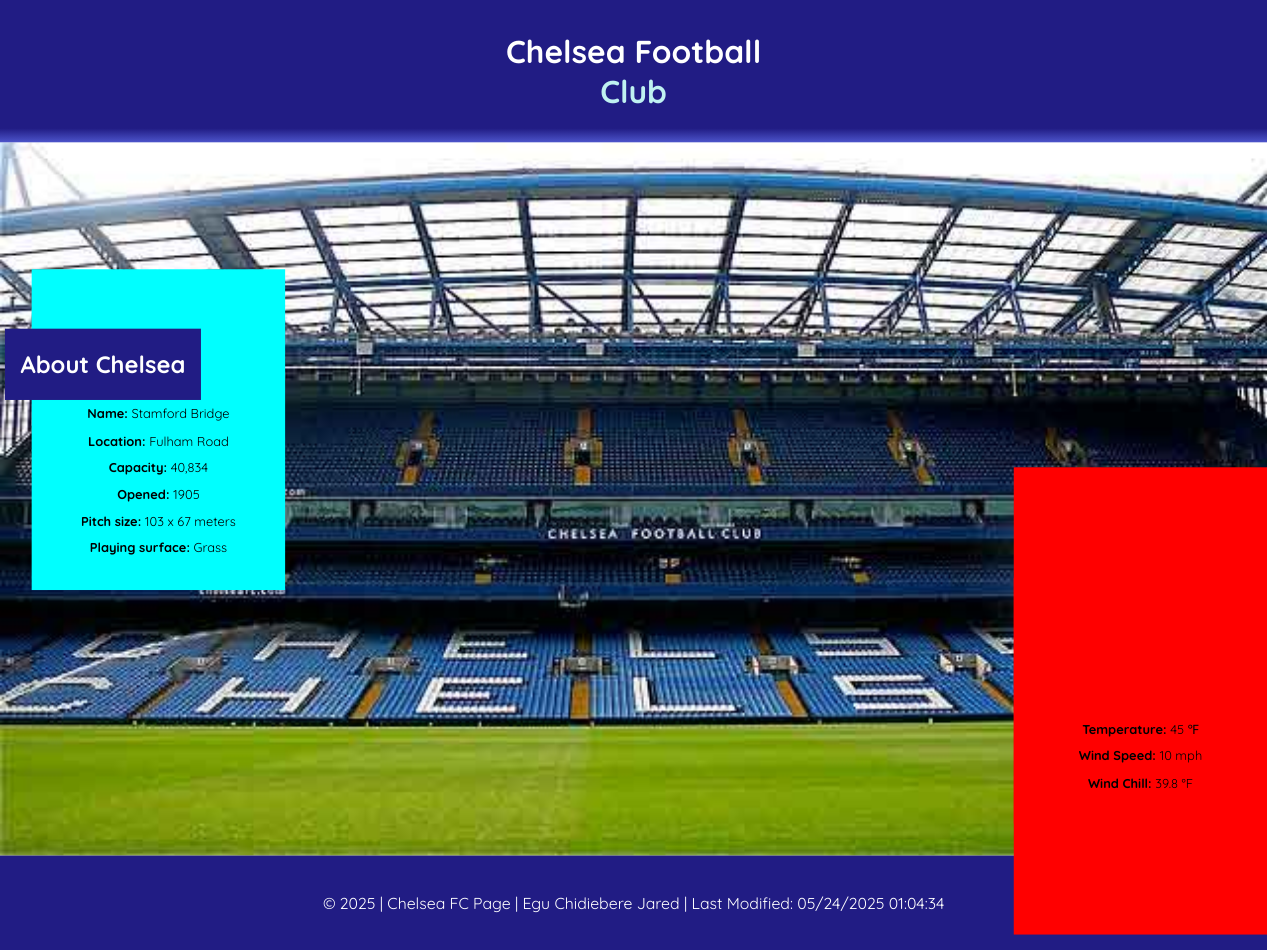
Repository: EguJaredoBoyd/wdd131
Page: place.html
These files come from the project's save history. The page is drawn as it stood at one moment and after the next save; the edit follows.
The browser window is 1280 px wide. The pictures show the whole page, at 99% of full size.
Some web libraries are served in a nearby version.

Above is the page before, as saved 2025-05-26 11:54:40.

After the next save:
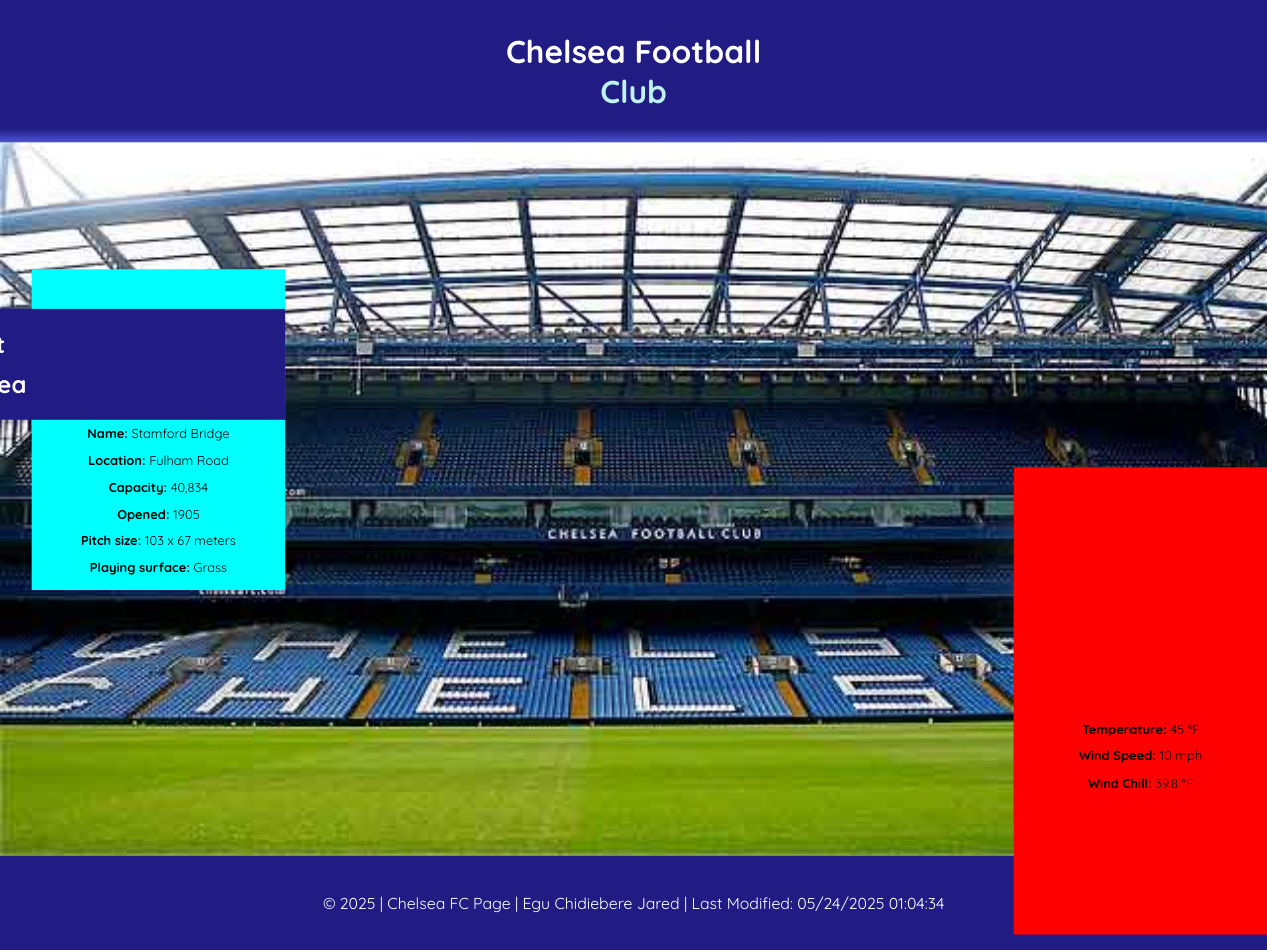
Saved 17 s later.
--- a/styles/place-large.css
+++ b/styles/place-large.css
@@ -21,7 +21,7 @@
         padding: 1rem;
         color: white;
         margin-left: -7rem;
-        padding-right: auto;
+        padding-right: 100%;
     }
     .weather{
         position: absolute;
